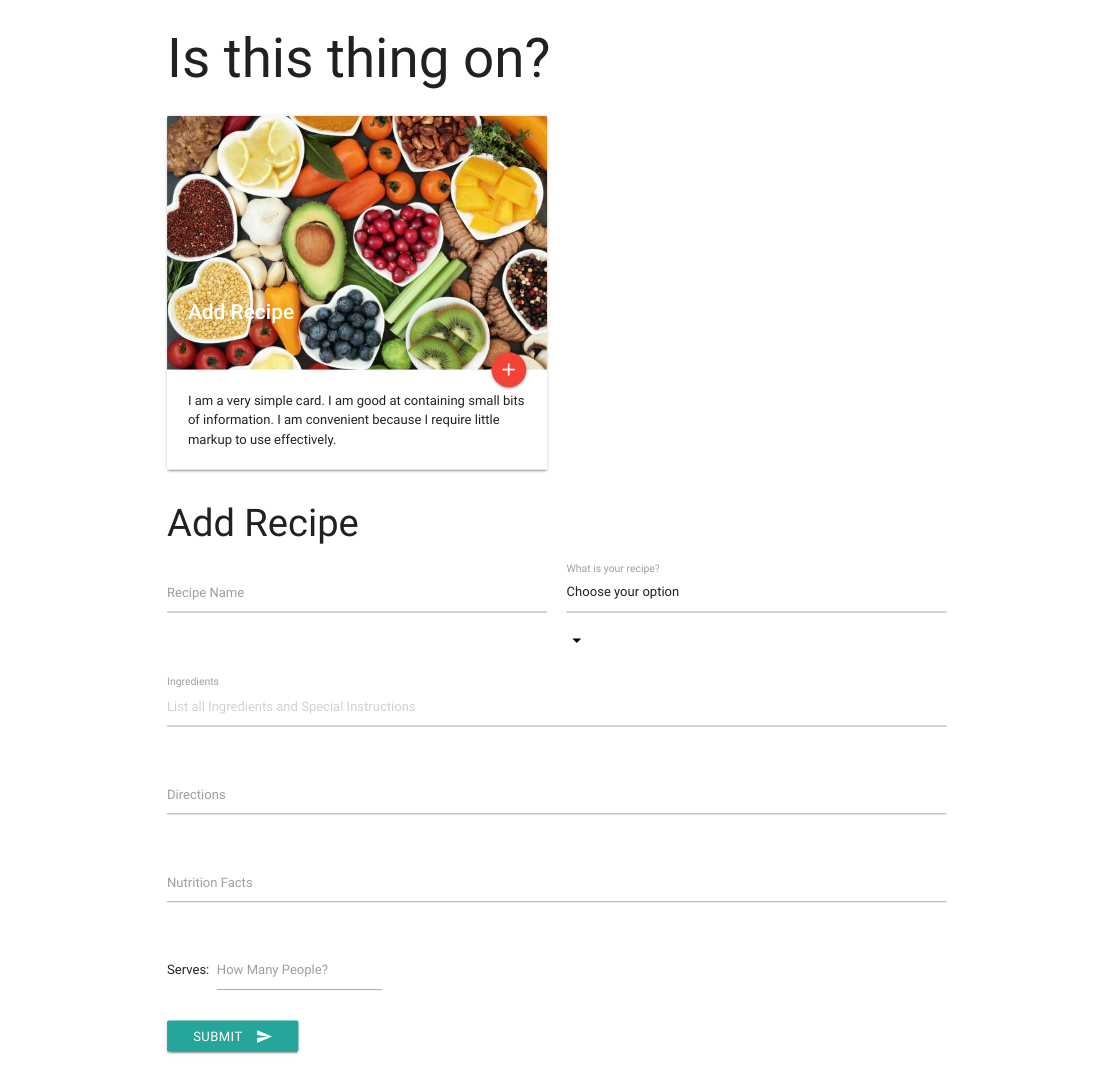
Repository: callendera/MilestoneProject3
Page: templates/recipes.html
The author's editor kept a record of every edit. The page is drawn from the files as they stood at one moment, then again after the next edit.
The browser window is 1280 px wide. The pictures show the whole page, at 87% of full size.
The page is served by the project's application, run on Flask 3 (recipe.py). The template is opened directly, without the code that normally fills it, so the values that code supplies are empty.

Above is the page before.

After the next edit:
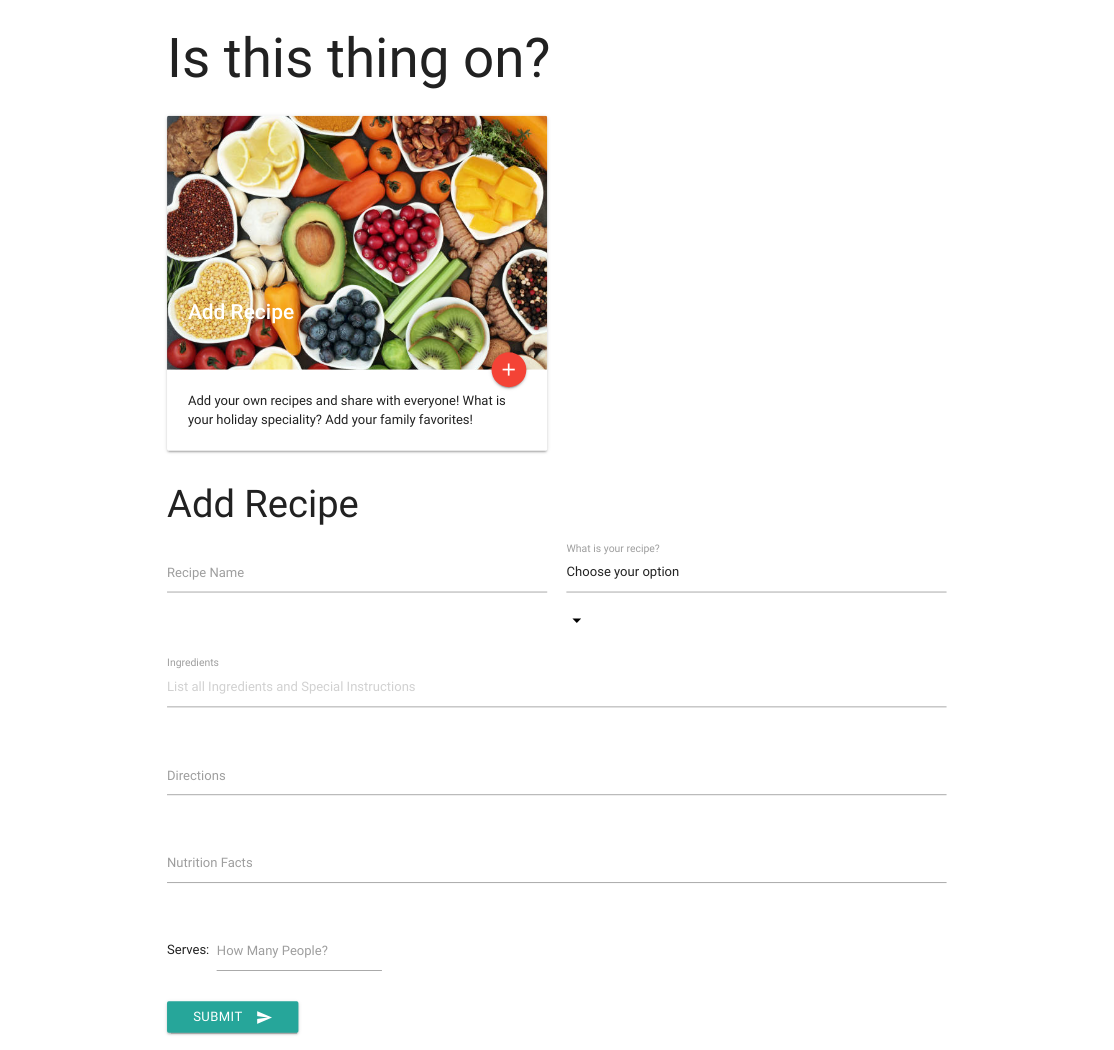
The edit:
--- a/templates/recipes.html
+++ b/templates/recipes.html
@@ -9,7 +9,7 @@
           <a class="btn-floating halfway-fab waves-effect waves-light red"><i class="material-icons">add</i></a>
         </div>
         <div class="card-content">
-          <p>I am a very simple card. I am good at containing small bits of information. I am convenient because I require little markup to use effectively.</p>
+          <p>Add your own recipes and share with everyone! What is your holiday speciality? Add your family favorites!</p>
         </div>
       </div>
     </div>
